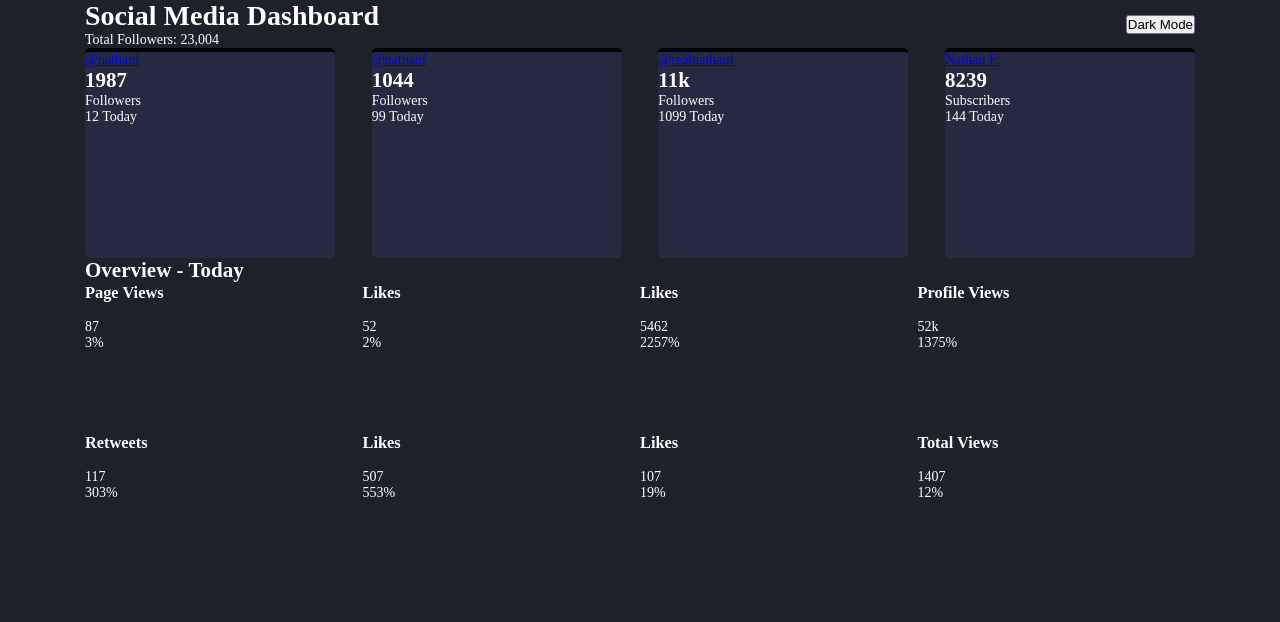
Repository: mamulini/social-media-dashboard-with-theme-switcher-master
Page: index.html
An editor plug-in stored every save of this project. The page is shown before and after the next save, followed by the edit.
The browser window is 1280 px wide. The pictures show the whole page.

Above is the page before, as saved 2020-04-06 12:58:13.

### index.html
<!DOCTYPE html>
<html lang="en">

<head>
  <meta charset="UTF-8">
  <meta name="viewport" content="width=device-width, initial-scale=1.0">
  <link rel="icon" type="image/png" sizes="32x32" href="./images/favicon-32x32.png">
  <link rel="stylesheet" href="./css/style.css">
  <title>Frontend Mentor | [Challenge Name Here]</title>
</head>

<body>
  <main class="dashboard container">
    <header class="header">
      <div class="title">
        <h1 class="title__name">Social Media Dashboard</h1>
        <p class="title__total">Total Followers: 23,004</p>
      </div>
      <button class="theme" type="button">Dark Mode</button>
    </header>
    <div class="followers_block">
      <div class="folowers">
        <a class="followers__link" href="#">@nathanf</a>
        <h2 class="followers__sum">1987</h2>
        <p class="followers__title">Followers</p>
        <p class="followers__today">12 Today</p>
      </div>
      <div class="folowers">
        <a class="followers__link" href="#">@nathanf
        </a>
        <h2 class="followers__sum">1044</h2>
        <p class="followers__title">Followers</p>
        <p class="followers__today">99 Today</p>
      </div>
      <div class="folowers">
        <a class="followers__link" href="#">@realnathanf


        </a>
        <h2 class="followers__sum">11k</h2>
        <p class="followers__title">Followers</p>
        <p class="followers__today">1099 Today</p>
      </div>
      <div class="folowers">
        <a class="followers__link" href="#">Nathan F.
        </a>
        <h2 class="followers__sum">8239</h2>
        <p class="followers__title">Subscribers</p>
        <p class="followers__today">144 Today</p>
      </div>

    </div>
    <div class="overview">
      <h2 class="overview__title">Overview - Today</h2>
    </div>
    <div class="likes_counter">
      <div class="likes">
        <h3 class="likes__title">Page Views</h3>
        <img src="" alt="" class="like__icon">
        <p class="likes__num">87</p>
        <p class="likes__procent">3%</p>
      </div>
      <div class="likes">
        <h3 class="likes__title">Likes</h3>
        <img src="" alt="" class="like__icon">
        <p class="likes__num">52</p>
        <p class="likes__procent">2%</p>
      </div>
      <div class="likes">
        <h3 class="likes__title">Likes</h3>
        <img src="" alt="" class="like__icon">
        <p class="likes__num">5462</p>
        <p class="likes__procent">2257%</p>
      </div>
      <div class="likes">
        <h3 class="likes__title">Profile Views</h3>
        <img src="" alt="" class="like__icon">
        <p class="likes__num">52k</p>
        <p class="likes__procent">1375%</p>
      </div>
      <div class="likes">
        <h3 class="likes__title">Retweets</h3>
        <img src="" alt="" class="like__icon">
        <p class="likes__num">117</p>
        <p class="likes__procent">303%</p>
      </div>
      <div class="likes">
        <h3 class="likes__title">Likes</h3>
        <img src="" alt="" class="like__icon">
        <p class="likes__num">507</p>
        <p class="likes__procent">553%</p>
      </div>
      <div class="likes">
        <h3 class="likes__title">Likes</h3>
        <img src="" alt="" class="like__icon">
        <p class="likes__num">107</p>
        <p class="likes__procent">19%</p>
      </div>
      <div class="likes">
        <h3 class="likes__title">Total Views</h3>
        <img src="" alt="" class="like__icon">
        <p class="likes__num">1407</p>
        <p class="likes__procent">12%</p>
      </div>
    </div>
  </main>
  <!-- <div class="attribution">
    Challenge by <a href="https://www.frontendmentor.io?ref=challenge" target="_blank">Frontend Mentor</a>.
    Coded by <a href="#">Your Name Here</a>.
  </div> -->
</body>

</html>

### css/style.css
*{
    padding: 0;
    margin: 0;
    box-sizing: border-box;
}

body{
    font-size: 14px;
    background: hsl(230, 17%, 14%);
    color: #ffffff;
}

.container{
    max-width: 1110px;
    margin: 0 auto;

}

.header{
    display: flex;
    justify-content: space-between;
    align-items: center;
}

.followers_block{
    display: flex;
    justify-content: space-between;
}

.folowers{
    width: 250px;
    height: 210px;
    background: #e4e4e4;
    border-top: 4px solid #000;
    border-radius: 5px;
    background: hsl(228, 28%, 20%);
}

.likes_counter{
    display: flex;
    justify-content: space-between;
    flex-wrap: wrap;
}

.likes{
    flex: 0 0 25%;
    width: 250px;
    height: 150px;
    background: #background: hsl(228, 28%, 20%);;
}






.attribution { font-size: 11px; text-align: center; }
.attribution a { color: hsl(228, 45%, 44%); }

After the next save:
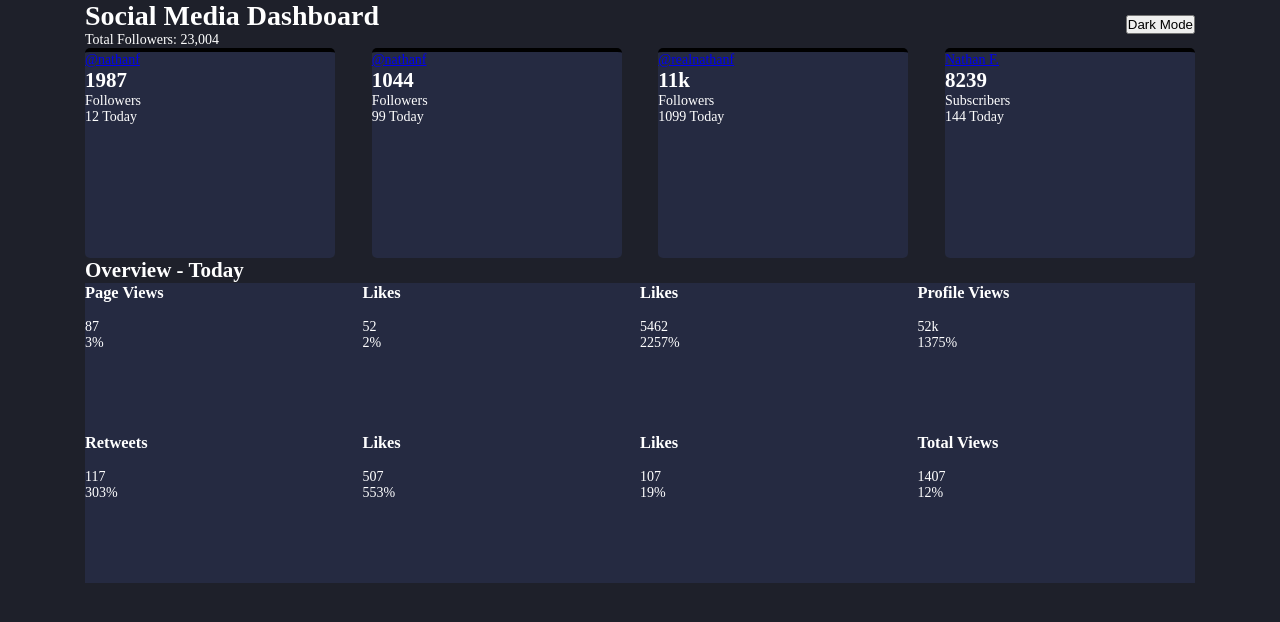
Saved 4 s later.
--- a/css/style.css
+++ b/css/style.css
@@ -46,7 +46,7 @@ body{
     flex: 0 0 25%;
     width: 250px;
     height: 150px;
-    background: #background: hsl(228, 28%, 20%);;
+    background:  hsl(228, 28%, 20%);;
 }
 
 
